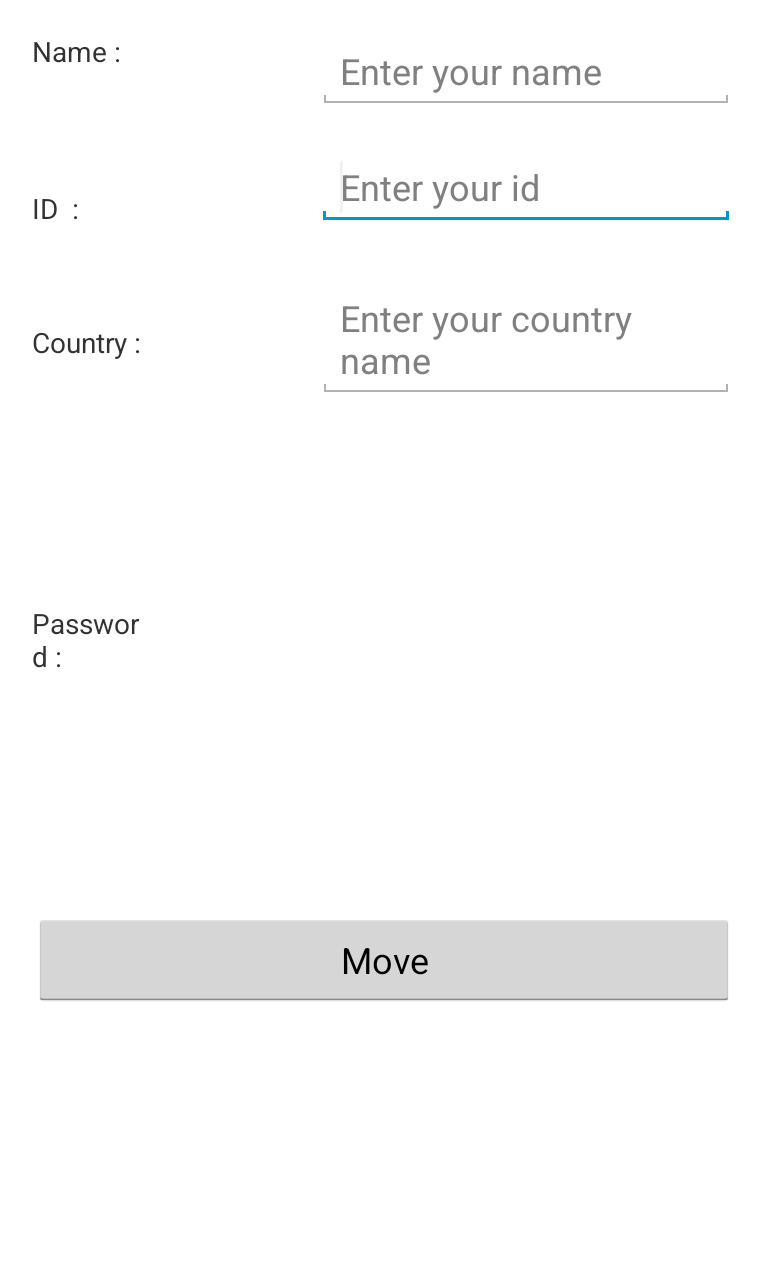
Repository: suzauddola/Android_Apps
Layout: Source/bundle/bandle/res/layout/first.xml
These files come from the project's save history. The layout is drawn as it stood at one moment and after the next save; the edit follows.
It is drawn on a 768 x 1280 px phone screen (xhdpi) without system bars, with theme AppTheme; the app's code is not run.

Above is the layout before, as saved 2013-09-05 02:13:49.

After the next save:
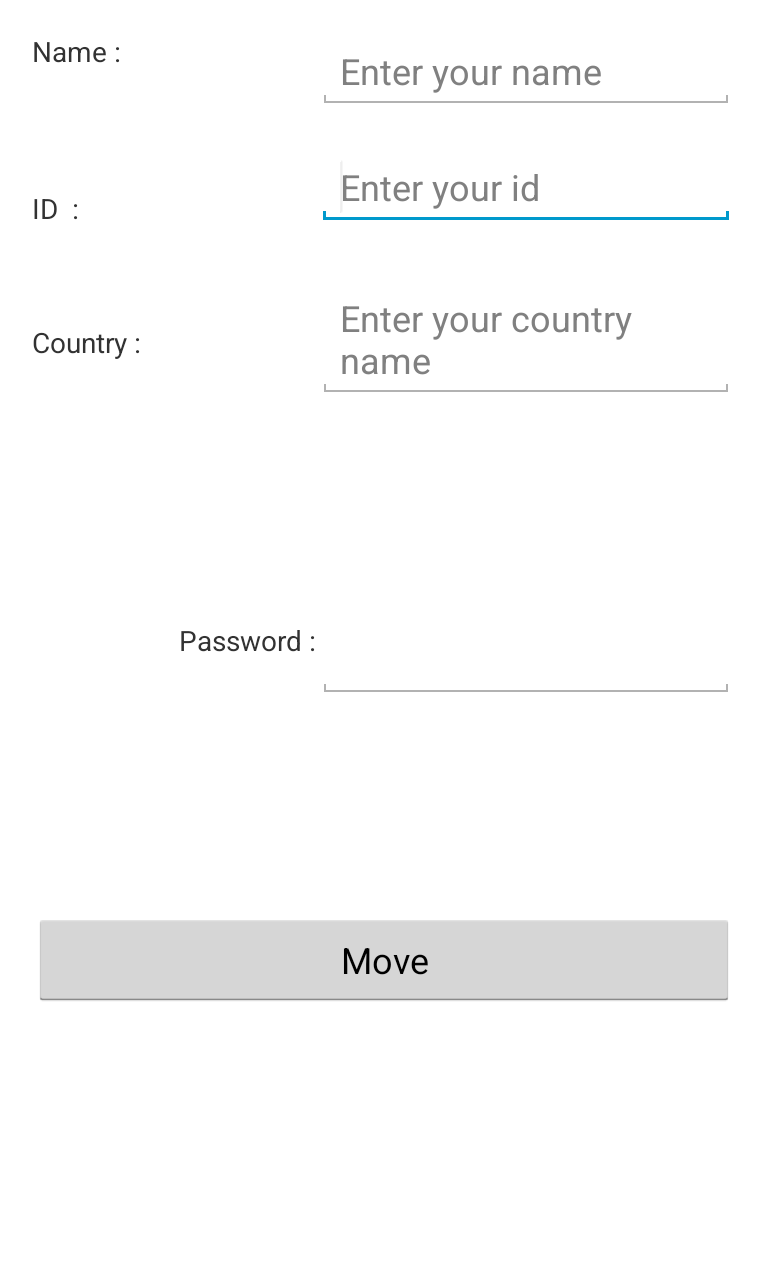
Saved 34 s later.
--- a/Source/bundle/bandle/res/layout/first.xml
+++ b/Source/bundle/bandle/res/layout/first.xml
@@ -76,8 +76,16 @@
         android:id="@+id/tvPassword"
         android:layout_width="wrap_content"
         android:layout_height="wrap_content"
-        android:layout_alignRight="@+id/name"
         android:layout_centerVertical="true"
+        android:layout_toLeftOf="@+id/etCountry"
         android:text="Password :" />
 
+    <EditText
+        android:id="@+id/etPassword"
+        android:layout_width="wrap_content"
+        android:layout_height="wrap_content"
+        android:layout_alignLeft="@+id/etCountry"
+        android:layout_alignTop="@+id/tvPassword"
+        android:ems="10" />
+
 </RelativeLayout>
